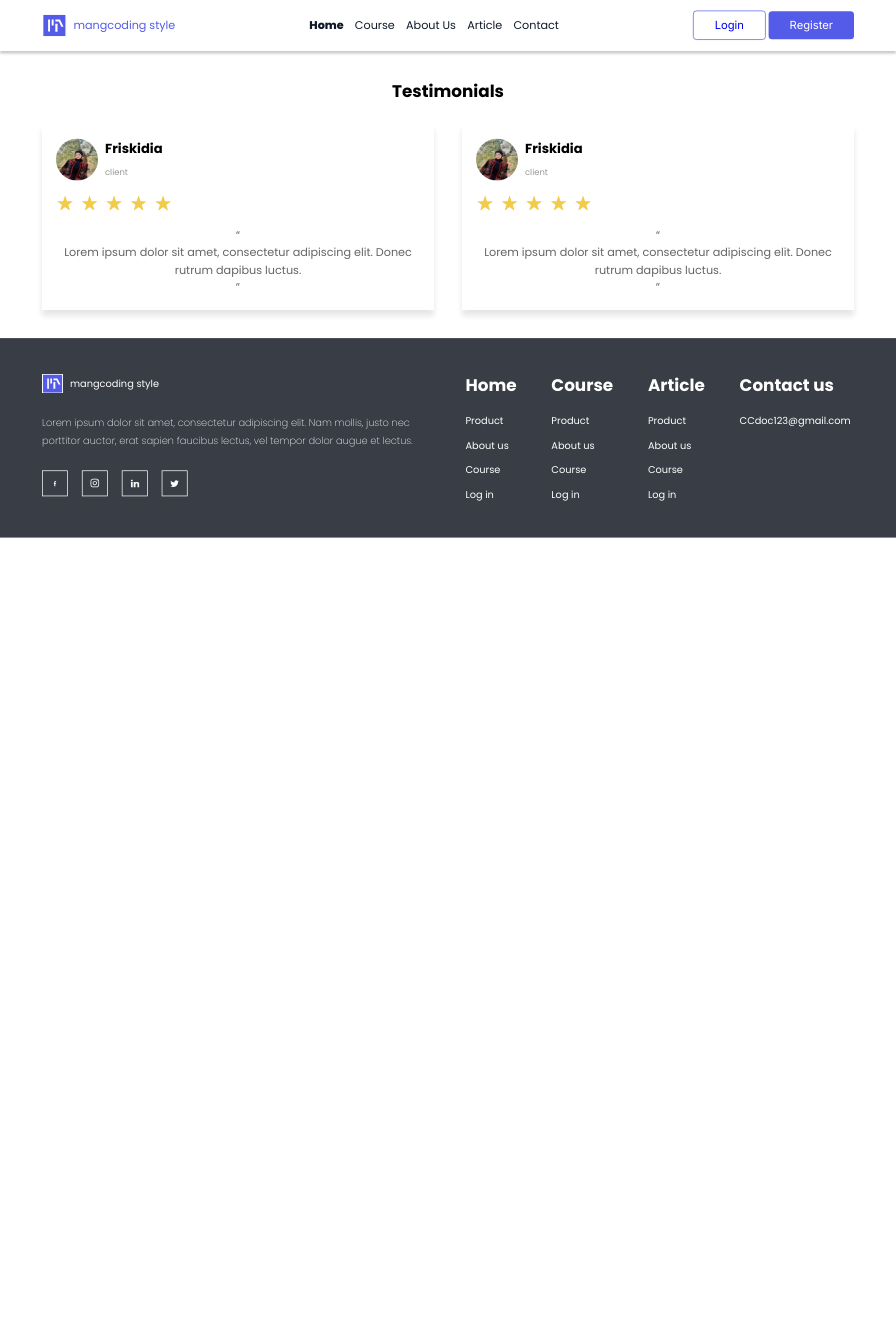
Repository: Dania-Alqam/landing-page
Page: index.html
The author's editor kept a copy of each file at every save. The page is drawn from the files as they stood at one save, then again after the next save.
The browser window is 1280 px wide. The pictures show the part of the page from y = 0 to 1920 px (the page is 5000 px tall), at 70% of full size.

Above is the page before, as saved 2024-06-22 17:17:55.

After the next save:
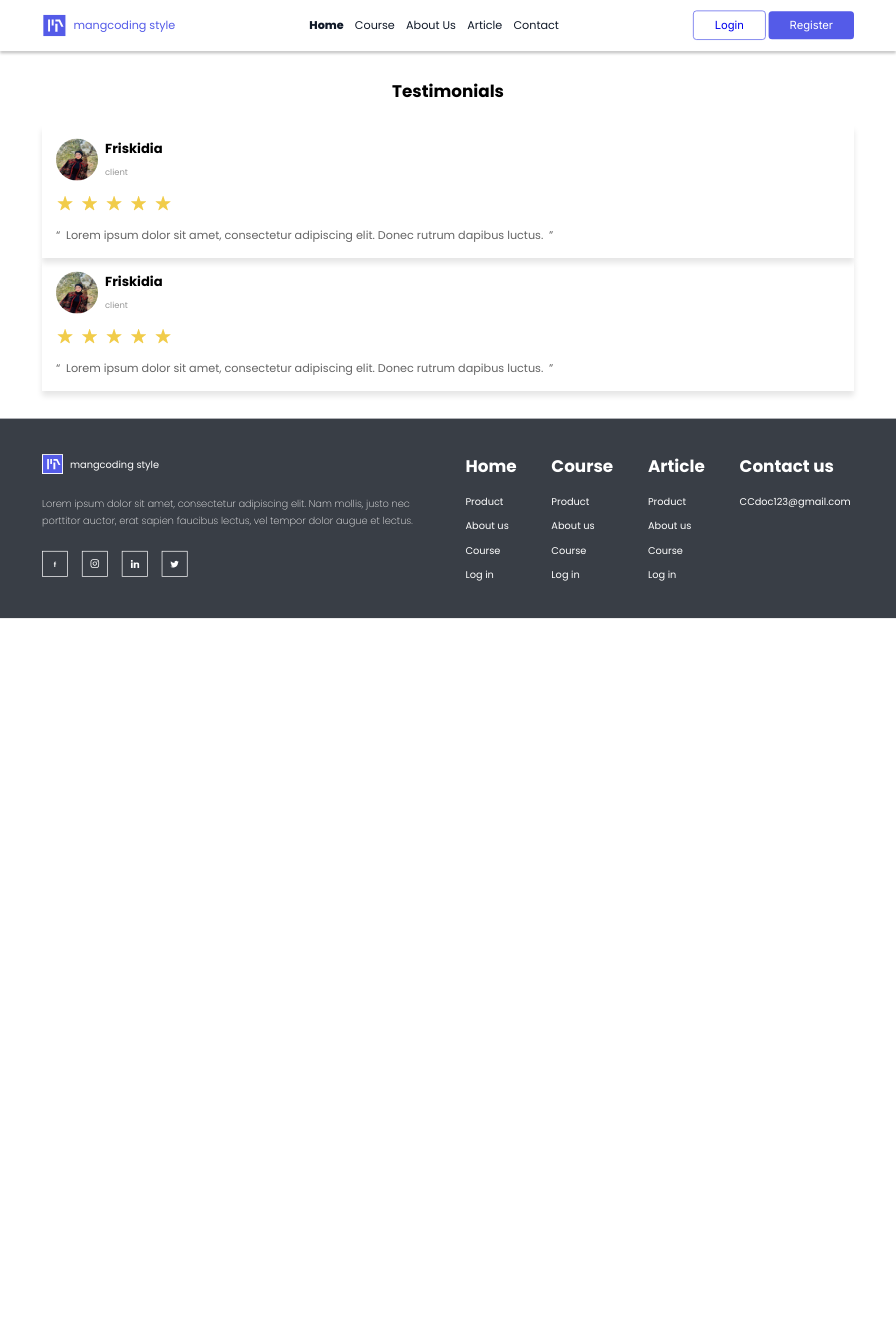
Saved 8 s later.
--- a/assests/css/main.css
+++ b/assests/css/main.css
@@ -76,7 +76,7 @@
   flex-direction: column;
   gap: 20px;
   align-items: flex-start;
-  width: calc((100% - 40px) / 2);
+  width: 100%;
   box-shadow: 0px 8.23719596862793px 8.23719596862793px rgba(0, 0, 0, 0.1);
   padding: 20px;
 
